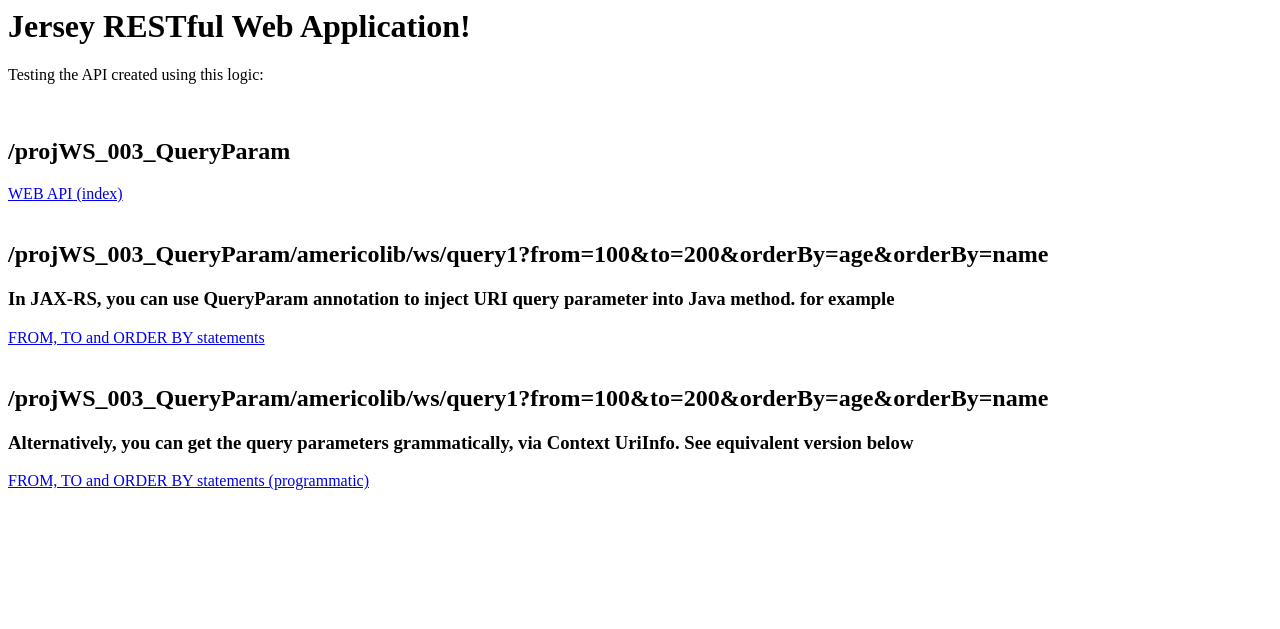
Repository: atafs/BackEnd_JAX-RS_REST_2continue
Page: http://localhost/projWS_003_QueryParam/
The author's editor kept a copy of each file at every save. The page is drawn from the files as they stood at one save, then again after the next save.
The browser window is 1280 px wide. The pictures show the whole page.
The page is served by Tomcat 9.

Above is the page before, as saved 2016-05-02 10:05:52.

After the next save:
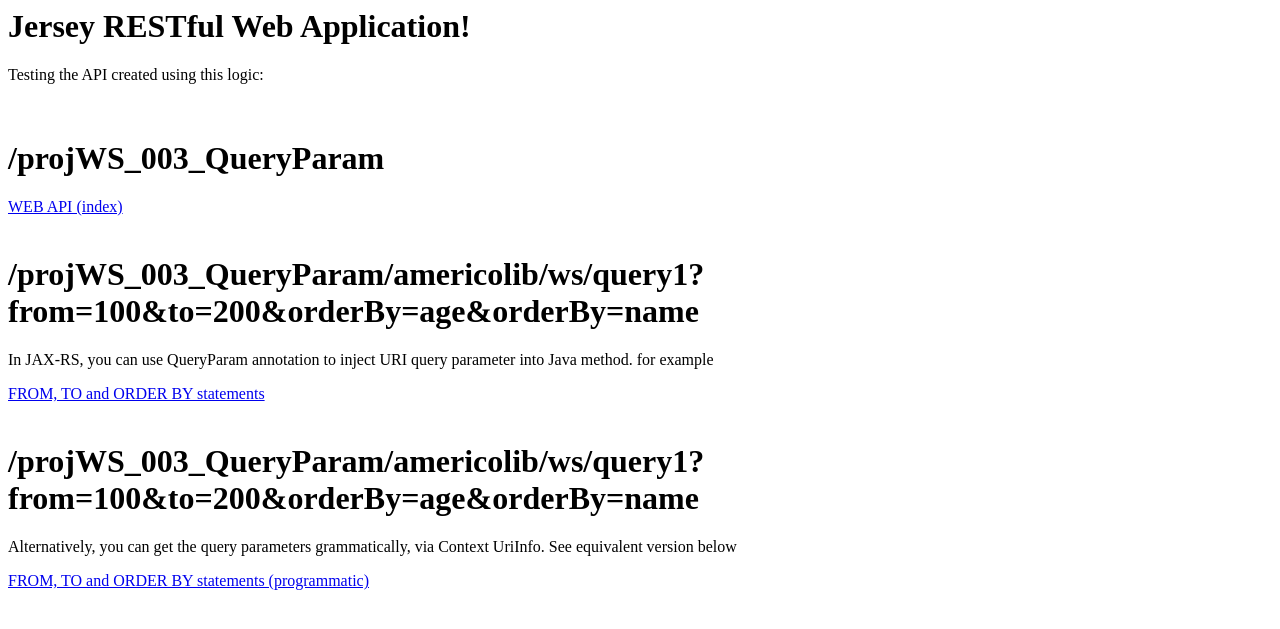
Saved 58 s later.
--- a/projWS_003_QueryParam/src/main/webapp/index.jsp
+++ b/projWS_003_QueryParam/src/main/webapp/index.jsp
@@ -8,15 +8,15 @@
 	<p>Testing the API created using this logic:</p><br/>
 
 	<!-- LINKS -->
-	<h2>/projWS_003_QueryParam</h2>
+	<h1>/projWS_003_QueryParam</h1>
 	<a href="http://localhost:8085/projWS_003_QueryParam/">WEB API (index)</a><br/><br/>
 
-	<h2>/projWS_003_QueryParam/americolib/ws/query1?from=100&to=200&orderBy=age&orderBy=name</h2>
-	<h3>In JAX-RS, you can use QueryParam annotation to inject URI query parameter into Java method. for example</h3>
+	<h1>/projWS_003_QueryParam/americolib/ws/query1?from=100&to=200&orderBy=age&orderBy=name</h1>
+	<p>In JAX-RS, you can use QueryParam annotation to inject URI query parameter into Java method. for example</p>
 	<a href="http://localhost:8085/projWS_003_QueryParam/americolib/ws/query1?from=100&to=200&orderBy=age&orderBy=name">FROM, TO and ORDER BY statements</a><br/><br/>
 
-	<h2>/projWS_003_QueryParam/americolib/ws/query1?from=100&to=200&orderBy=age&orderBy=name</h2>
-	<h3>Alternatively, you can get the query parameters grammatically, via Context UriInfo. See equivalent version below</h3>
+	<h1>/projWS_003_QueryParam/americolib/ws/query1?from=100&to=200&orderBy=age&orderBy=name</h1>
+	<p>Alternatively, you can get the query parameters grammatically, via Context UriInfo. See equivalent version below</p>
 	<a href="http://localhost:8085/projWS_003_QueryParam/americolib/ws/query2?from=100&to=200&orderBy=age&orderBy=name">FROM, TO and ORDER BY statements (programmatic)</a><br/><br/>
 
 
